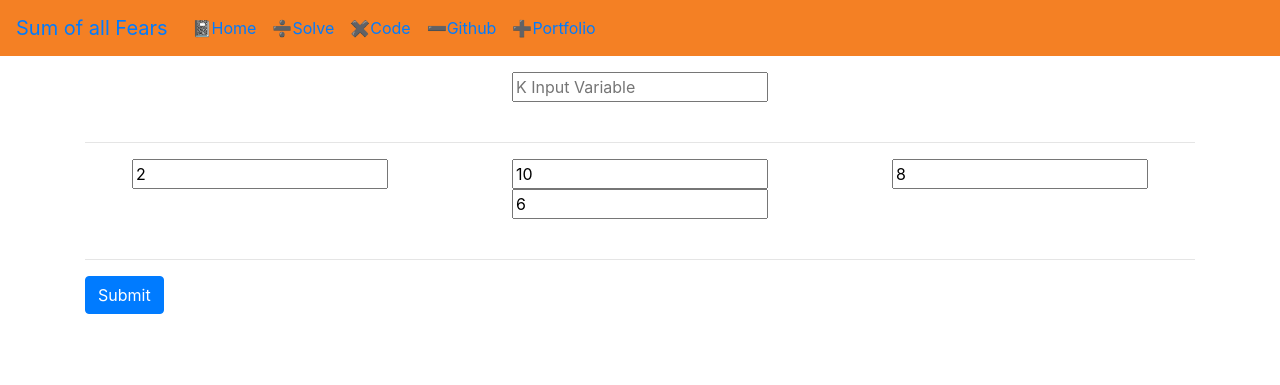
Repository: zhadjah9559/BrainBufferOverflow
Page: solve.html
The author's editor kept a copy of each file at every save. The page is drawn from the files as they stood at one save, then again after the next save.
The browser window is 1280 px wide. The pictures show the whole page.

Above is the page before, as saved 2021-01-18 01:16:15.

### solve.html
<!doctype html>
<html lang="en">
  <head>
    <title>Title</title>
    <!-- Required meta tags -->
    <meta charset="utf-8">
    <meta name="viewport" content="width=device-width, initial-scale=1, shrink-to-fit=no">

    <!-- Bootstrap CSS -->
    <link rel="stylesheet" href="https://stackpath.bootstrapcdn.com/bootstrap/4.3.1/css/bootstrap.min.css" integrity="sha384-ggOyR0iXCbMQv3Xipma34MD+dH/1fQ784/j6cY/iJTQUOhcWr7x9JvoRxT2MZw1T" crossorigin="anonymous">
  </head>
  <body>

    <nav class="navbar navbar-expand-sm" style="background-color: #F48024;">
        <a class="navbar-brand" href="index.html">Sum of all Fears</a>
        <button class="navbar-toggler d-lg-none" type="button" data-toggle="collapse" data-target="#collapsibleNavId" aria-controls="collapsibleNavId"
            aria-expanded="false" aria-label="Toggle navigation"></button>
        <div class="collapse navbar-collapse" id="collapsibleNavId">
            <ul class="navbar-nav mr-auto mt-2 mt-lg-0">
                <li class="nav-item">
                    <a class="nav-link" href="index.html">📓Home </a>
                </li>
                <li class="nav-item active">
                    <a class="nav-link" href="solve.html">➗Solve<span class="sr-only">(current)</span></a>
                </li>
                 <li class="nav-item">
                    <a class="nav-link" href="code.html">✖Code</a>
                </li> <li class="nav-item">
                    <a class="nav-link" href="https://zacharyhadjah.netlify.app">➖Github</a>
                </li>
                <li class="nav-item">
                    <a class="nav-link" href="https://github.com/zhadjah9559/BrainBufferOverflow">➕Portfolio</a>
                </li>
            </ul>

        </div>
    </nav>

    <div class="container">

        <!--K input variable-->
       <div class="row justify-content-center mt-3">
            <input type="number" id="kInput" name="kInput"  placeholder="K Input Variable">
       </div>
       <br/>
       <hr/>

        <!--User Array Inputs-->
        <div class="row justify-content-center">
            <div class="col-md text-center">
                <input type="number" id="arrayInput1" name="arrayInput0" value="2" placeholder="2">
            </div>
            <div class="col-md text-center">
                <input type="number" id="arrayInput2" name="arrayInput1" value="10" placeholder="10">
            </div>
            <div class="col-md text-center">
                <input type="number" id="arrayInput3" name="arrayInput2" value="8" placeholder="8">
            </div>
            <div class="col-md text-center">
                <input type="number" id="arrayInput4" name="arrayInput3" value="6" placeholder="6">
            </div>
            <p id="output">  </p>
        </div>
        <br/>
        <hr/>

        <!---->
        <div class="row justify-content-center">
            <div class="col">
             <input  class="btn btn-primary" type="submit" id="submitBtn" name="submitBtn"/>
            </div>
        </div>


    </div>


    <!-- Optional JavaScript -->
    <!-- jQuery first, then Popper.js, then Bootstrap JS -->
    <script src="https://code.jquery.com/jquery-3.3.1.slim.min.js" integrity="sha384-q8i/X+965DzO0rT7abK41JStQIAqVgRVzpbzo5smXKp4YfRvH+8abtTE1Pi6jizo" crossorigin="anonymous"></script>
    <script src="https://cdnjs.cloudflare.com/ajax/libs/popper.js/1.14.7/umd/popper.min.js" integrity="sha384-UO2eT0CpHqdSJQ6hJty5KVphtPhzWj9WO1clHTMGa3JDZwrnQq4sF86dIHNDz0W1" crossorigin="anonymous"></script>
    <script src="https://stackpath.bootstrapcdn.com/bootstrap/4.3.1/js/bootstrap.min.js" integrity="sha384-JjSmVgyd0p3pXB1rRibZUAYoIIy6OrQ6VrjIEaFf/nJGzIxFDsf4x0xIM+B07jRM" crossorigin="anonymous"></script>
    <script src="js/site.js"></script>
  </body>
</html>

### js/site.js
    // document.getElementById("btnSubmit").addEventListener("click", doJsWork)

    // hardCodedArray = [10, 15, 3, 7];
    // let numk = parseInt(document.getElementById("kInput").value)
    // let found = false;

    // //Regular program that is working without extra credit
    // function doJsWork(){
    //     for(let i = 0; i = hardCodedArray.length -1; i++){
    //         for (let j = 1; j < hardCodedArray.length; j++) {
    //             if( hardCodedArray[i] + hardCodedArray[j] == numK ){
    //                 output.innerText = `Your number was found! ${hardCodedArray[i]} + ${hardCodedArray[j]} = ${numK}`
    //                 found = true;
    //                 break;
    //             }
    //         }
    //     }
    //     if(!found){
    //         output.innerText = `Your number was not found!`
    //     }
    // }

    //-----------------------------------------------------------------------------------
    //Extra credit
    let numK = document.getElementById("kInput");
    let results = document.getElementById("output");
    let userArray = []
    let ARRAY_SIZE = 4
    document.getElementById("submitBtn").addEventListener("click", evaluateUserInput);

    function evaluateUserInput(){
               //initialize the user inputs using a for loops
               for (let i = 0; i < ARRAY_SIZE; i++) {
                userArray[i] = document.getElementById(`${arrayInput[i]}`)
            }

            for(let i = 0; i = userArray.length -1; i++){
                for (let j = 1; j < userArray.length; j++) {
                    if( userArray[i] + userArray[j] == numK ){
                        output.innerText = `Your number was found! ${userArray[i]} + ${userArray[j]} = ${numK}`
                        found = true;
                        break;
                    }
                }
            }
            if(!found){
                output.innerText = `Your number was not found!`
            }
    }


    //generate array of length that will contain 20 elements
    //those 20 elements will all be random numbers
    // function generateArray() {
    //     let ARRAY_LENGTH = 20                                   //parseInt(document.getElementById("arrayNum").value);
    //     let randomArray = []
    //     for (let i = 0; i < ARRAY_LENGTH; i++) {
    //         randomArray.push(Math.floor(Math.random() * 100) + 1)
    //     }
    //     return randomArray;
    // }

After the next save:
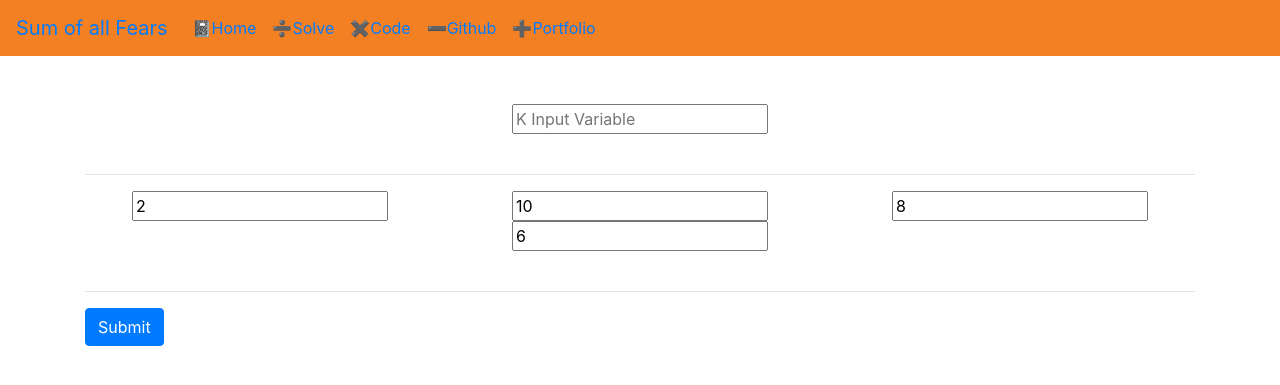
Saved 7 s later.
--- a/solve.html
+++ b/solve.html
@@ -39,7 +39,7 @@
     <div class="container">
 
         <!--K input variable-->
-       <div class="row justify-content-center mt-3">
+       <div class="row justify-content-center mt-5">
             <input type="number" id="kInput" name="kInput"  placeholder="K Input Variable">
        </div>
        <br/>
